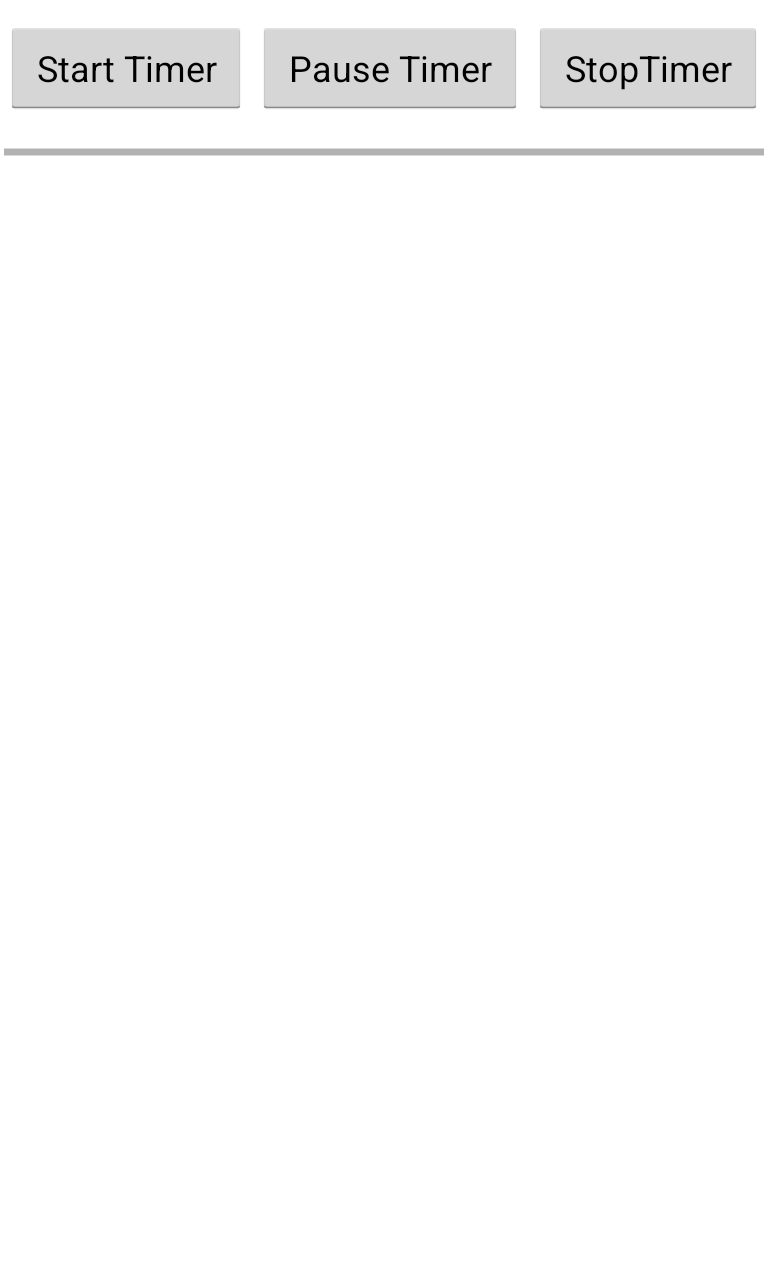
Repository: colinangusmackay/Xander.Pomodoro
Layout: src/Android/XanderPomodoro/res/layout/activity_main.xml
These files come from the project's save history. The layout is drawn as it stood at one moment and after the next save; the edit follows.
It is drawn on a 768 x 1280 px phone screen (xhdpi) without system bars, with theme AppTheme; the app's code is not run.

Above is the layout before, as saved 2013-02-09 12:28:35.

### src/Android/XanderPomodoro/res/layout/activity_main.xml
<LinearLayout xmlns:android="http://schemas.android.com/apk/res/android"
    xmlns:tools="http://schemas.android.com/tools"
    android:layout_width="match_parent"
    android:layout_height="match_parent"
    android:orientation="vertical"
    tools:context=".MainActivity" >

    <LinearLayout
        android:layout_width="match_parent"
        android:layout_height="wrap_content"
        android:layout_marginTop="10dip"
        android:orientation="horizontal" >

        <Button
            android:id="@+id/startTimerButton"
            android:layout_width="wrap_content"
            android:layout_height="wrap_content"
            android:layout_marginLeft="2dip"
            android:layout_marginRight="2dip"
            android:layout_weight="1"
            android:text="@string/button_startTimer" />

        <Button
            android:id="@+id/pauseTimerButton"
            android:layout_width="wrap_content"
            android:layout_height="wrap_content"
            android:layout_marginLeft="2dip"
            android:layout_marginRight="2dip"
            android:layout_weight="1"
            android:text="@string/button_pauseTimer" />

        <Button
            android:id="@+id/stopTimerButton"
            android:layout_width="wrap_content"
            android:layout_height="wrap_content"
            android:layout_marginLeft="2dip"
            android:layout_marginRight="2dip"
            android:layout_weight="1"
            android:text="@string/button_stopTimer" />
    </LinearLayout>

    <ProgressBar
        android:id="@+id/progressBar1"
        style="?android:attr/progressBarStyleHorizontal"
        android:layout_width="match_parent"
        android:layout_height="wrap_content"
        android:layout_marginLeft="2dip"
        android:layout_marginRight="2dip"
        android:layout_marginTop="10dip" />

</LinearLayout>

### src/Android/XanderPomodoro/res/values/strings.xml
<?xml version="1.0" encoding="utf-8"?>
<resources>

    <string name="app_name">Xander Pomodoro</string>
    <string name="menu_settings">Settings</string>
    <string name="button_startTimer">Start Timer</string>
    <string name="button_stopTimer">StopTimer</string>
    <string name="button_pauseTimer">Pause Timer</string>
    <string name="text_timeRemaining">Time remaining : $s</string>
    <string name="text_minutesRemaining">about %d minutes</string>
    <string name="text_secondsRemaining">about %d seconds</string>


</resources>

Loaded but not shown: src/Android/XanderPomodoro/res/values/styles.xml (common file); src/Android/XanderPomodoro/res/values-v11/styles.xml (common file); src/Android/XanderPomodoro/res/values-v14/styles.xml (common file)

After the next save:
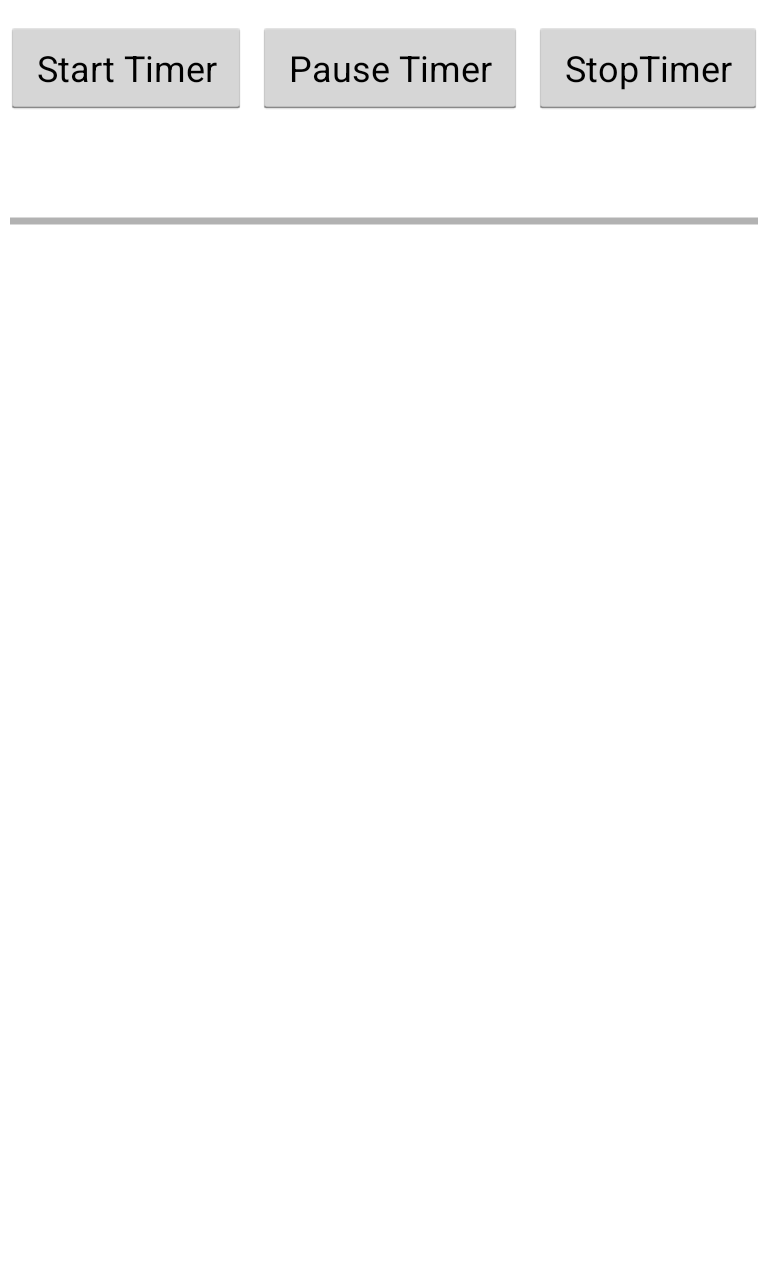
Saved 3 min 13 s later.
--- a/src/Android/XanderPomodoro/res/layout/activity_main.xml
+++ b/src/Android/XanderPomodoro/res/layout/activity_main.xml
@@ -39,13 +39,23 @@
             android:text="@string/button_stopTimer" />
     </LinearLayout>
 
+    <TextView
+        android:id="@+id/textView1"
+        android:layout_width="match_parent"
+        android:layout_height="wrap_content"
+        android:layout_marginLeft="5dip"
+        android:layout_marginRight="5dip"
+        android:layout_marginTop="10dip"
+        android:text=""
+        android:textAppearance="?android:attr/textAppearanceMedium" />
+
     <ProgressBar
         android:id="@+id/progressBar1"
         style="?android:attr/progressBarStyleHorizontal"
         android:layout_width="match_parent"
         android:layout_height="wrap_content"
-        android:layout_marginLeft="2dip"
-        android:layout_marginRight="2dip"
+        android:layout_marginLeft="5dip"
+        android:layout_marginRight="5dip"
         android:layout_marginTop="10dip" />
 
 </LinearLayout>
